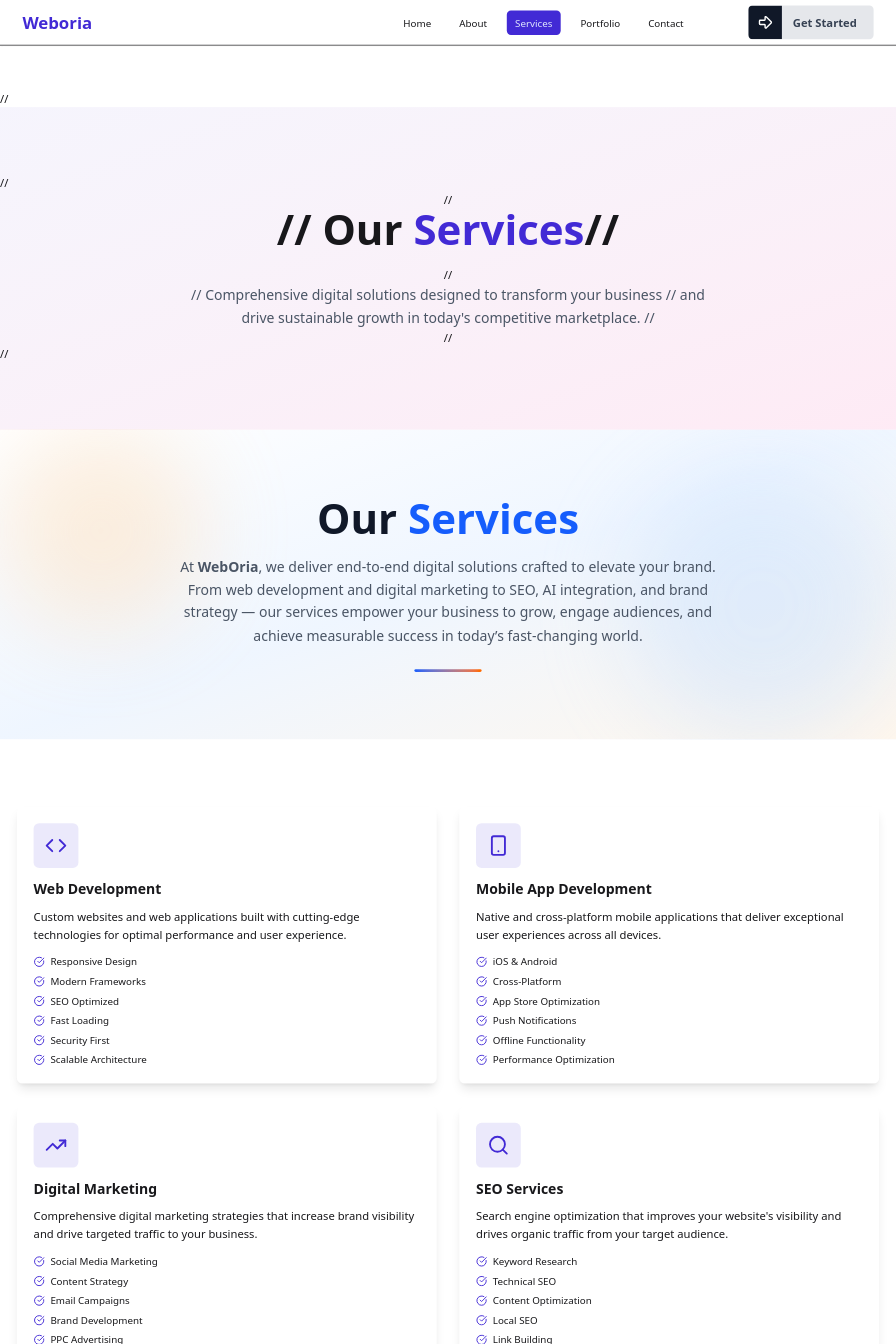
Repository: mdmuhibullahhabib/weboria
Page: /services
The author's editor kept a copy of each file at every save. The page is drawn from the files as they stood at one save, then again after the next save.
The browser window is 1280 px wide. The pictures show the part of the page from y = 0 to 1920 px (the page is 4319 px tall before and 3834 px after), at 70% of full size.
The project was rebuilt for these pictures with package versions that can differ from the ones it lists, and the page was loaded fresh each time. The framework's server and built-in components were replaced by stand-ins that run in the browser. Also part of the build but not shown: next.config.mjs.

Above is the page before, as saved 2025-10-05 00:52:40.

After the next save:
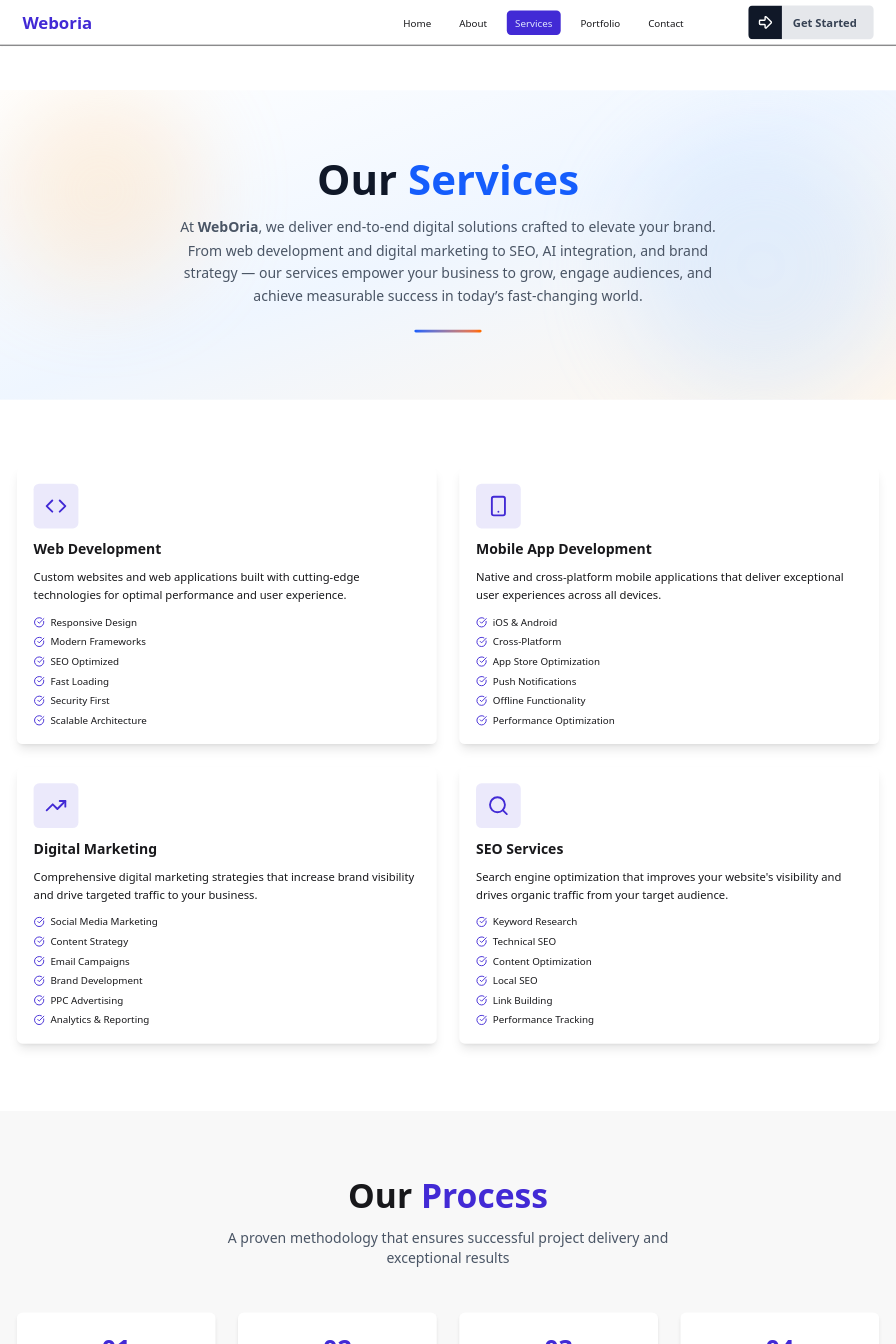
Saved 23 min 5 s later.
--- a/src/app/services/page.jsx
+++ b/src/app/services/page.jsx
@@ -66,18 +66,7 @@ export default function ServicesPage() {
 
   return (
     <div className="min-h-screen pt-16">
-      {/* Hero Section */}
-      // <section className="py-24 bg-gradient-to-br from-primary/5 to-secondary/10">
-      //   <div className="max-w-7xl mx-auto px-6 text-center">
-      //     <h1 className="text-4xl md:text-6xl font-bold mb-6">
-      //       Our <span className="text-primary">Services</span>
-      //     </h1>
-      //     <p className="text-lg md:text-xl text-gray-600 max-w-3xl mx-auto leading-relaxed">
-      //       Comprehensive digital solutions designed to transform your business
-      //       and drive sustainable growth in today's competitive marketplace.
-      //     </p>
-      //   </div>
-      // </section>
+
          <section className="relative py-24 bg-gradient-to-br from-white via-blue-50 to-orange-50 overflow-hidden">
       {/* Subtle background shapes */}
       <div className="absolute top-0 left-0 w-72 h-72 bg-orange-200 rounded-full blur-3xl opacity-30 animate-pulse"></div>
